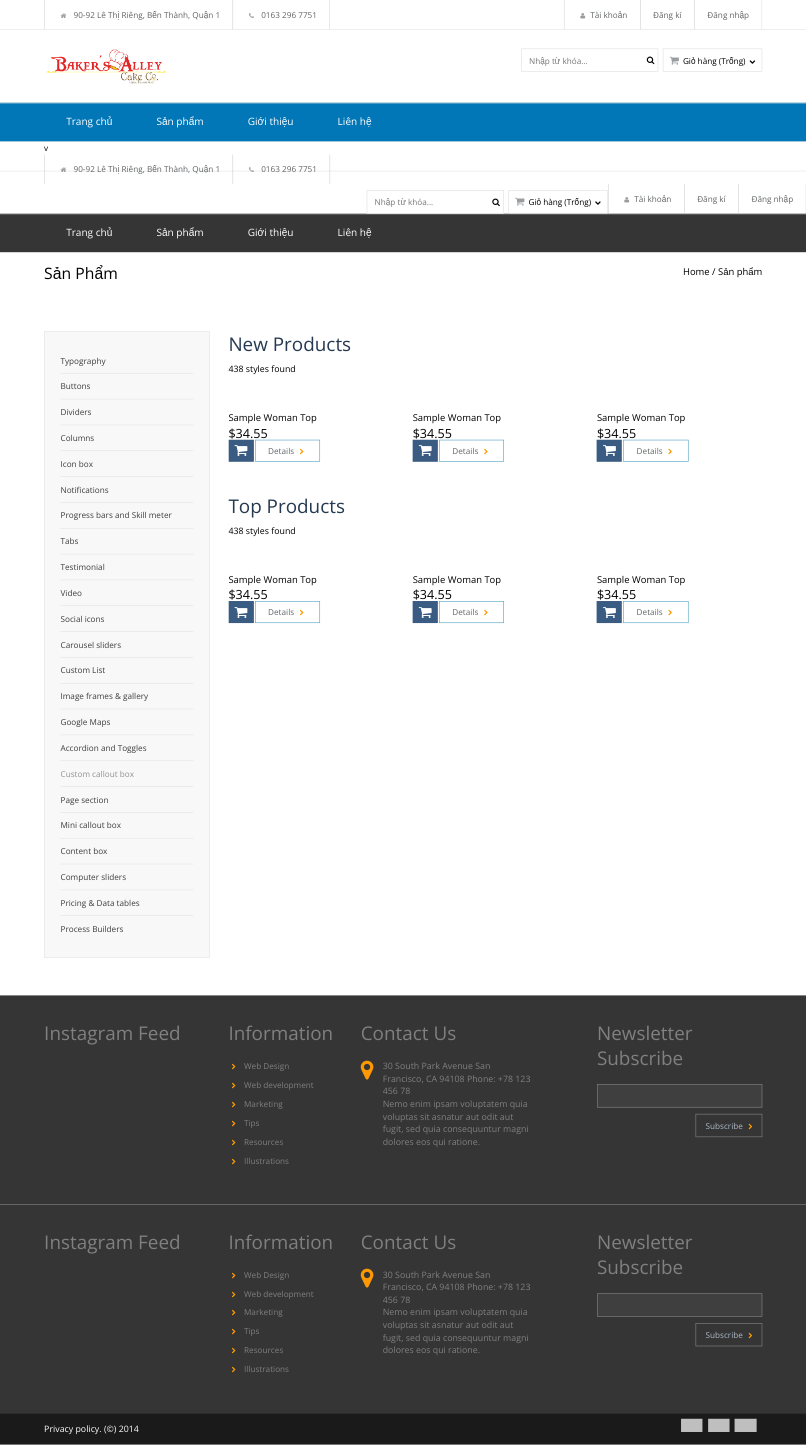
Repository: yha24/Laravel
Page: resources/views/page/loai_sanpham.blade.php
The author's editor kept a copy of each file at every save. The page is drawn from the files as they stood at one save, then again after the next save.
The browser window is 1280 px wide. The pictures show the whole page, at 63% of full size.
Some web fonts or font styles are not loaded; a fallback is used. Some web libraries are served in a nearby version. The page is served by the project's Laravel application, run on PHP 8.4 with Laravel 10. The template is opened directly, without the code that normally fills it, so the values that code supplies are empty.

Above is the page before, as saved 2023-06-03 09:35:57.

After the next save:
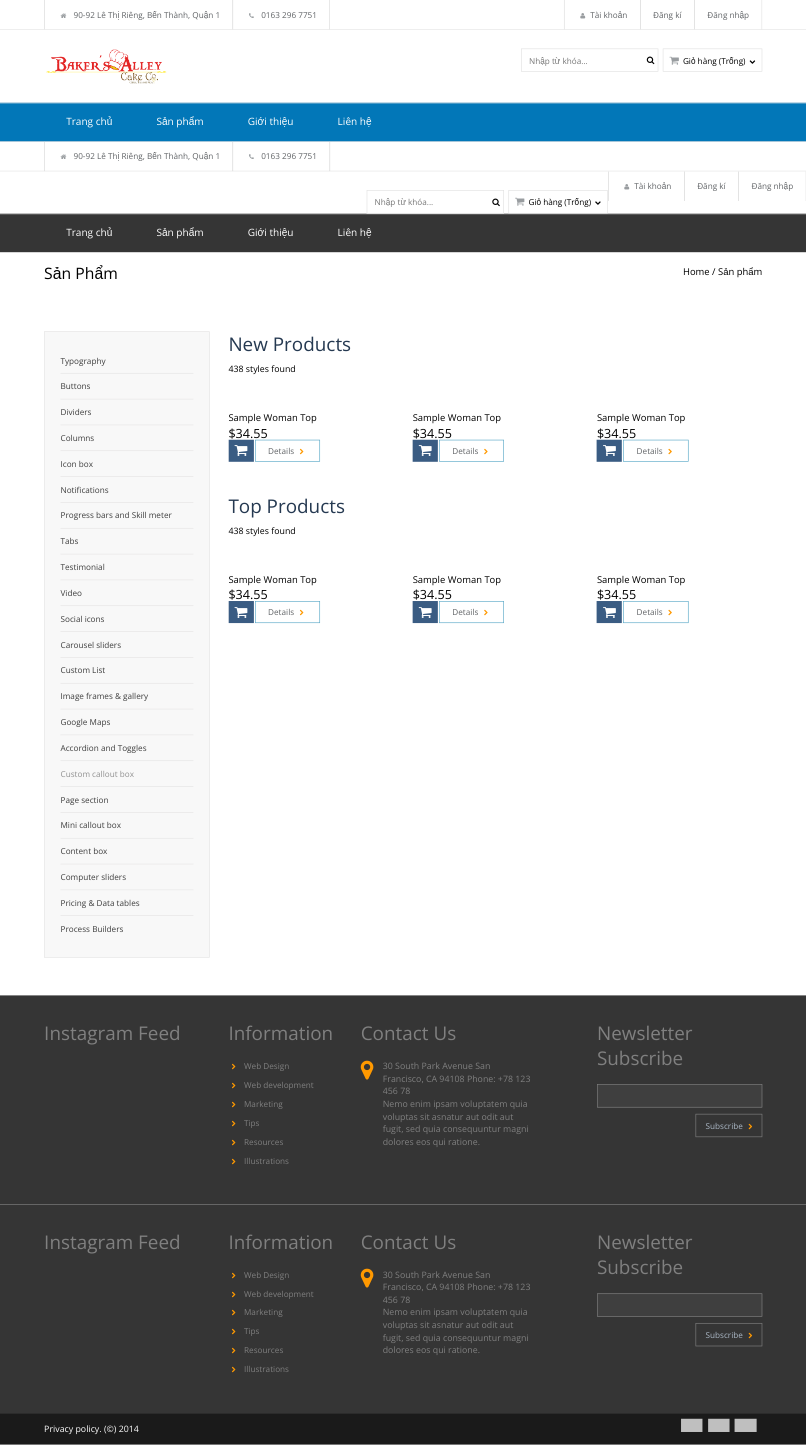
Saved 4 s later.
--- a/resources/views/page/loai_sanpham.blade.php
+++ b/resources/views/page/loai_sanpham.blade.php
@@ -4,7 +4,7 @@
 <div id="header">
     <div class="header-top">
         <div class="container">
-            v
+
             <ul class="top-menu menu-beta l-inline">
                 <li><a href=""><i class="fa fa-home"></i> 90-92 Lê Thị Riêng, Bến Thành, Quận 1</a>
                 </li>
